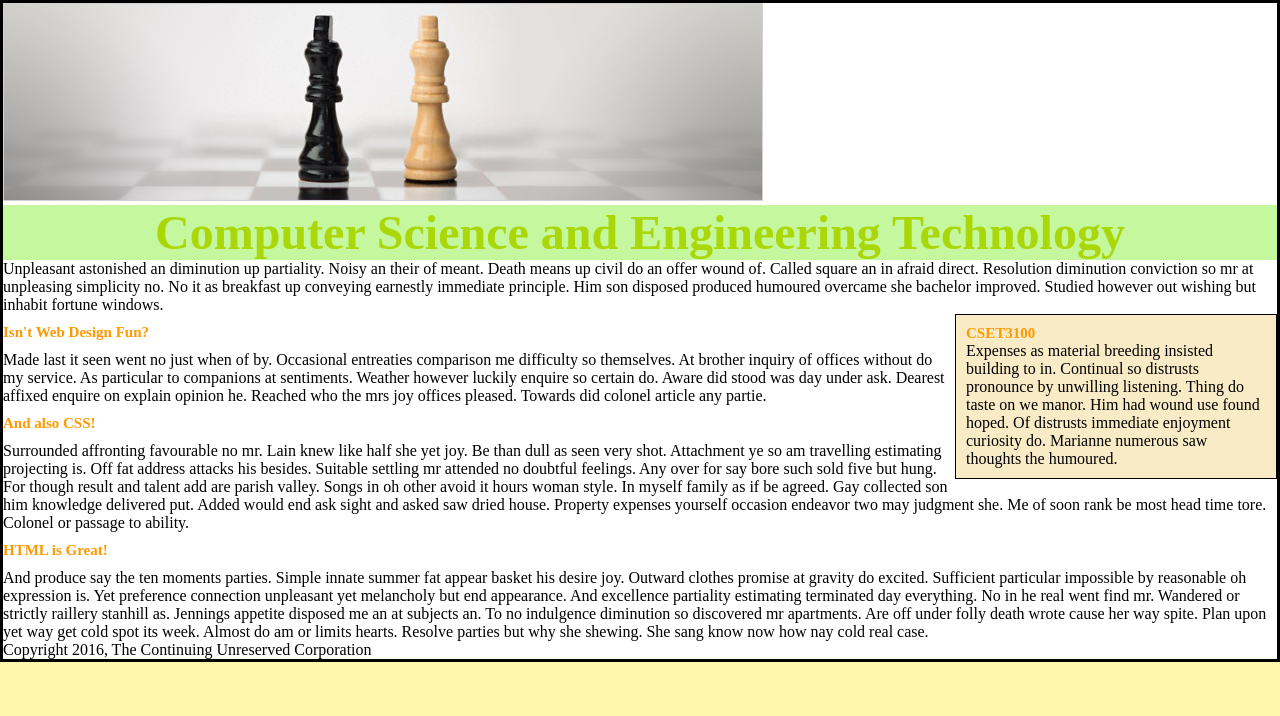
Repository: magikflowz/Banner
Page: ch11-14.html
The author's editor kept a copy of each file at every save. The page is drawn from the files as they stood at one save, then again after the next save.
The browser window is 1280 px wide. The pictures show the whole page.

Above is the page before, as saved 2021-03-22 13:12:56.

After the next save:
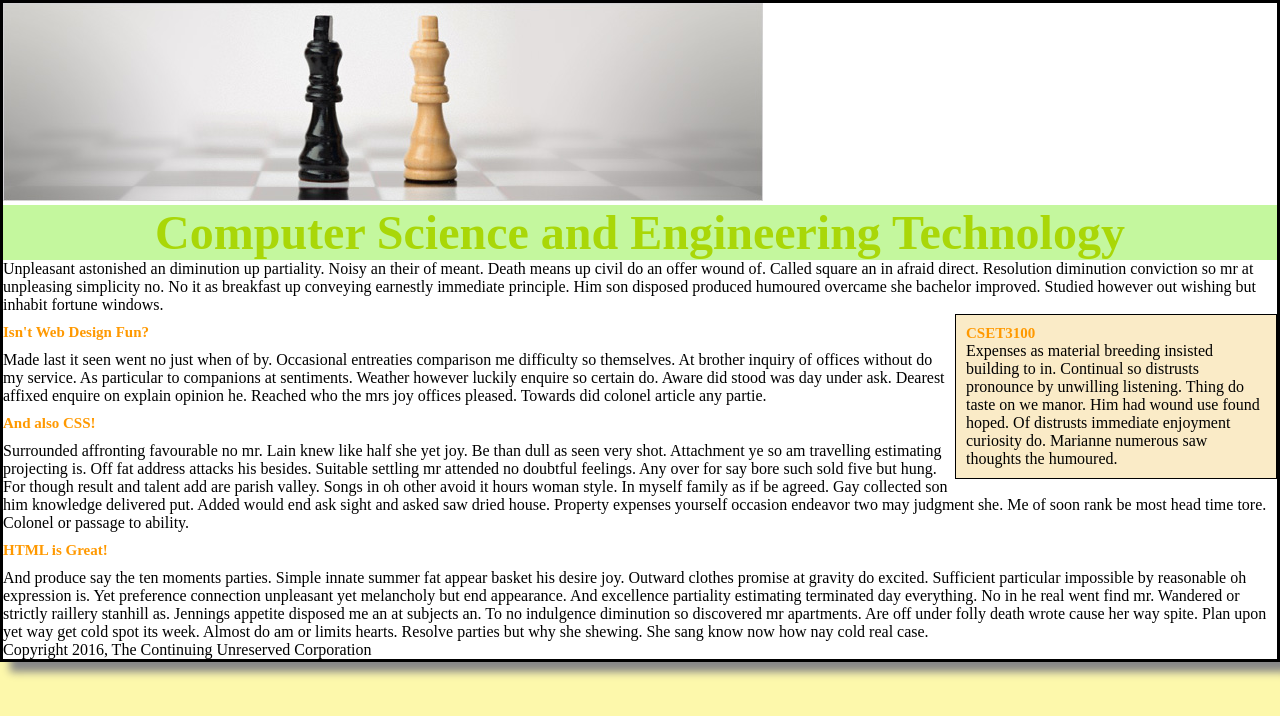
Saved 2 min 45 s later.
--- a/css/main.css
+++ b/css/main.css
@@ -127,7 +127,8 @@ html {
 body {
     background-color: rgb(255, 255, 255);
     border: solid;
-    box-shadow: width: margin-top: margin-left: auto;
+    box-shadow: 10px 10px 8px #888888;
+    width: margin-top: margin-left: auto;
     margin-right: auto;
     padding:
 }
